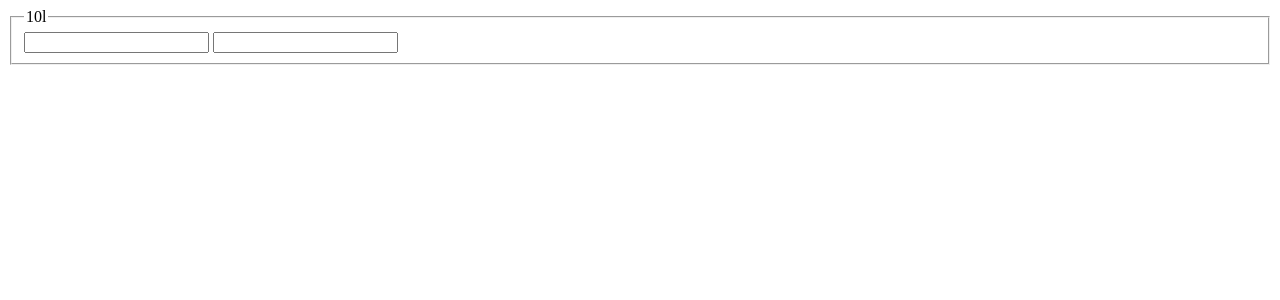
Repository: chaejunho689/bitcamp
Page: jQuery/src/main/webapp/04_jQueryCSS/exam02.html
An editor plug-in stored every save of this project. The page is shown before and after a run of saves, followed by the edit.
The browser window is 1280 px wide. The pictures show the whole page.

Above is the page before, as saved 2024-08-23 07:13:46.

### jQuery/src/main/webapp/04_jQueryCSS/exam02.html
<!DOCTYPE html>
<html>
<head>
<meta charset="UTF-8">
<title>Insert title here</title>
<style type="text/css">

</style>
</head>
<body>
	<form name="form1">
		<fieldset>
			<legend>10l</legend>
			<input type="text" name="user_id" id="id" /> <input type="password"
				name="user_pw" id="pw" />
		</fieldset>
	</form>
<script type="text/javascript" src="http://code.jquery.com/jquery-3.7.1.min.js"></script>
<script type="text/javascript">
$(function(){

});
</script>
</body>
</html>

After the next 2 saves:
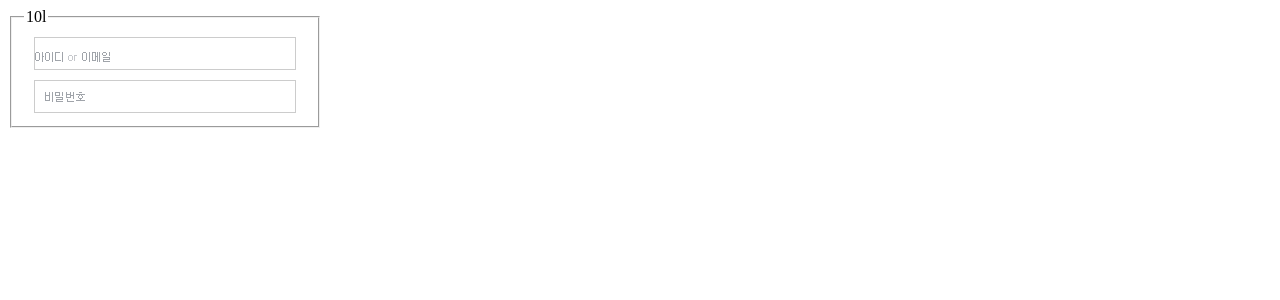
The 2 saves are shown as one change because they came seconds apart.
The last was saved 19 s later.
--- a/jQuery/src/main/webapp/04_jQueryCSS/exam02.html
+++ b/jQuery/src/main/webapp/04_jQueryCSS/exam02.html
@@ -4,6 +4,25 @@
 <meta charset="UTF-8">
 <title>Insert title here</title>
 <style type="text/css">
+fieldset {
+    width: 270px;
+    height: 100px;
+}
+input {
+    border: 1px solid #ccc;
+    width: 240px;
+    height: 25px;
+    padding: 3px 10px 3px 10px;
+    margin: 5px 10px;
+    background-image: url(../image/input.png);
+    background-repeat: no-repeat;
+}
+input#id {
+    background-position: 10px –3px; /* 좌우 상하 */
+}
+input#pw {
+    background-position: 10px -43px;
+}
 
 </style>
 </head>
